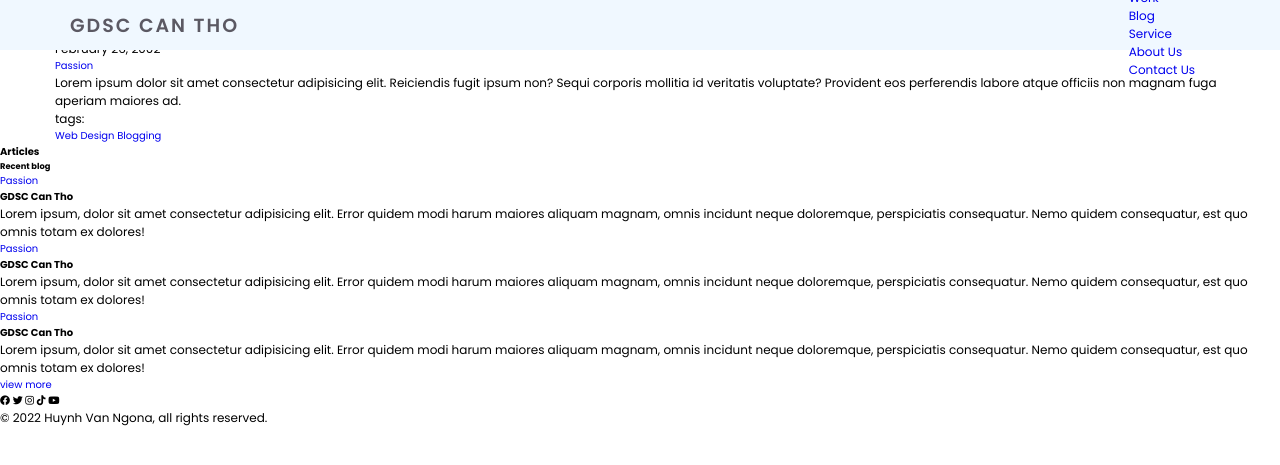
Repository: huynhvanngoan/TaskTeam5
Page: BlogPost/HTML/index.html
An editor plug-in stored every save of this project. The page is shown before and after a run of saves, followed by the edit.
The browser window is 1280 px wide. The pictures show the whole page.

Above is the page before, as saved 2022-10-17 00:11:47.

### BlogPost/HTML/index.html
<!DOCTYPE html>
<html lang="en">

<head>
    <meta charset="UTF-8">
    <meta http-equiv="X-UA-Compatible" content="IE=edge">
    <meta name="viewport" content="width=device-width, initial-scale=1.0">
    <title>Blog Post</title>
    <link rel="stylesheet" href="../CSS/style.css">

    <link rel="stylesheet" href="https://cdnjs.cloudflare.com/ajax/libs/font-awesome/6.2.0/css/all.min.css"
        referrerpolicy="no-referrer" />
</head>

<body>
    <header>
        <div class="navbar container">
            <div class="logo">
                <h1>GDSC Can Tho</h1>
            </div>
            <ul class="nav-list">
                <li><a href="#">Home</a></li>
                <li><a href="#">Work</a></li>
                <li><a href="#">Blog</a></li>
                <li><a href="#">Service</a></li>
                <li><a href="#">About Us</a></li>
                <li><a href="#">Contact Us</a></li>
            </ul>
        </div>
    </header>
    <div class="container">
        <div class="hero">

        </div>
        <main>
            <h2>GDSC Can Tho </h2>
            <div class="profile-container">
                <div class="profile">
                    <div class="img-container">

                    </div>
                    <div class="text">
                        <h3>Huynh Van Ngoan</h3>
                        <p>February 26, 2002</p>
                    </div>
                    <div class="button">
                        <a href="#" class="btn">Passion</a>
                    </div>
                </div>
                <div class="content">
                    <p>Lorem ipsum dolor sit amet consectetur adipisicing elit. Reiciendis fugit ipsum non? Sequi corporis mollitia id veritatis voluptate? Provident eos perferendis labore atque officiis non magnam fuga aperiam maiores ad.</p>
                </div>
            </div>
            <div class="tags">
                <p>tags: </p>
                <a href="#">Web Design</a>
                <a href="#">Blogging</a>
            </div>
        </main>
    </div>
    <div class="articles">
        <div class="articles-heading">
            <h4>Articles</h4>
            <h5>Recent blog</h5>
        </div>
        <div class="cards-container">
            <div class="card-container one">
                <div class="img-holder">
                    <a href="#">Passion</a>
                </div>
                <div class="card-text">
                    <h4>GDSC Can Tho</h4>
                    <p>Lorem ipsum, dolor sit amet consectetur adipisicing elit. Error quidem modi harum maiores aliquam magnam, omnis incidunt neque doloremque, perspiciatis consequatur. Nemo quidem consequatur, est quo omnis totam ex dolores!</p>
                </div>
            </div>
            <div class="card-container one">
                <div class="img-holder">
                    <a href="#">Passion</a>
                </div>
                <div class="card-text">
                    <h4>GDSC Can Tho</h4>
                    <p>Lorem ipsum, dolor sit amet consectetur adipisicing elit. Error quidem modi harum maiores aliquam magnam,
                        omnis incidunt neque doloremque, perspiciatis consequatur. Nemo quidem consequatur, est quo omnis totam ex
                        dolores!</p>
                </div>
            </div>
            <div class="card-container one">
                <div class="img-holder">
                    <a href="#">Passion</a>
                </div>
                <div class="card-text">
                    <h4>GDSC Can Tho</h4>
                    <p>Lorem ipsum, dolor sit amet consectetur adipisicing elit. Error quidem modi harum maiores aliquam magnam,
                        omnis incidunt neque doloremque, perspiciatis consequatur. Nemo quidem consequatur, est quo omnis totam ex
                        dolores!</p>
                </div>
            </div>
        </div>
        <div class="button">
            <a href="#" class="btn">view more</a>
        </div>
    </div>
    <footer>
        <div class="icons">
            <div class="social">
                <i class="fab fa-facebook"></i>
                <i class="fab fa-twitter"></i>
                <i class="fab fa-instagram"></i>
                <i class="fab fa-tiktok"></i>
                <i class="fab fa-youtube"></i>
            </div>
            <div class="copyright">
                <p>&copy; 2022 Huynh Van Ngona, all rights reserved.</p>
            </div>
        </div>
    </footer>
</body>

</html>

### BlogPost/CSS/style.css
/* Google font cdn link */
@import url('https://fonts.googleapis.com/css2?family=Poppins:ital,wght@0,100;0,200;0,300;0,400;0,500;0,600;0,700;0,800;0,900;1,100;1,200;1,300;1,400;1,500;1,600;1,700;1,800;1,900&display=swap');

* {
    margin: 0;
    padding: 0;
    box-sizing: border-box;
    font-family: 'Poppins', sans-serif;
}

html{
    font-size: 10px;
}
li{
    list-style: none;
}
a{
    text-decoration: none;
}
h1{
    font-size: 1.9rem;
}
p{
    font-size: 1.2rem;
}
header{
    width: 100%;
    height: 5em;
    background-color: aliceblue;
    position: fixed;
    top: 0;
    z-index: 333;
}
.container{
    width: 96%;
    max-width: 117rem;
    margin: 0 auto;
}
.navbar {
    width: 100%;
    height: 100%;
    display: flex;
    justify-content: space-between;
    align-items: center;
    padding: 0 1.5rem;
}
.navbar h1{
    text-transform: uppercase;
    color:#5b5963;
    font-weight: 600;
    letter-spacing: 2px;
    cursor: pointer;
}
.navber ul{
    display: flex;
    justify-content: center;
    align-items: center;
}
.navbar ul a{
    font-size: 1.2rem;
    padding: 1.5rem;
    text-transform: ;
}

After the next 3 saves:
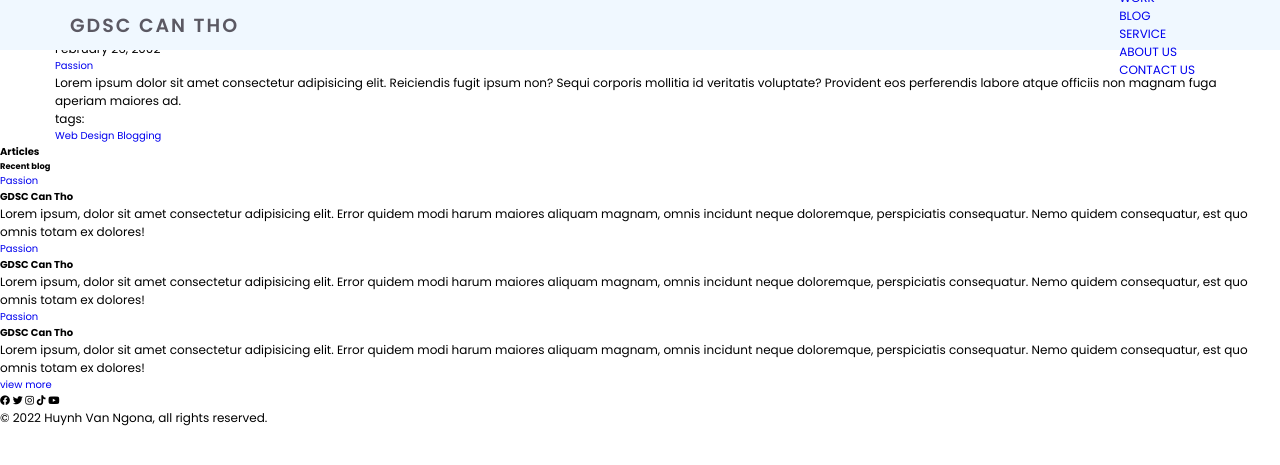
The 3 saves are shown as one change because they came seconds apart.
The last was saved 10 s later.
--- a/BlogPost/CSS/style.css
+++ b/BlogPost/CSS/style.css
@@ -59,5 +59,6 @@ header{
 .navbar ul a{
     font-size: 1.2rem;
     padding: 1.5rem;
-    text-transform: ;
+    text-transform: uppercase;
+    color
 }
